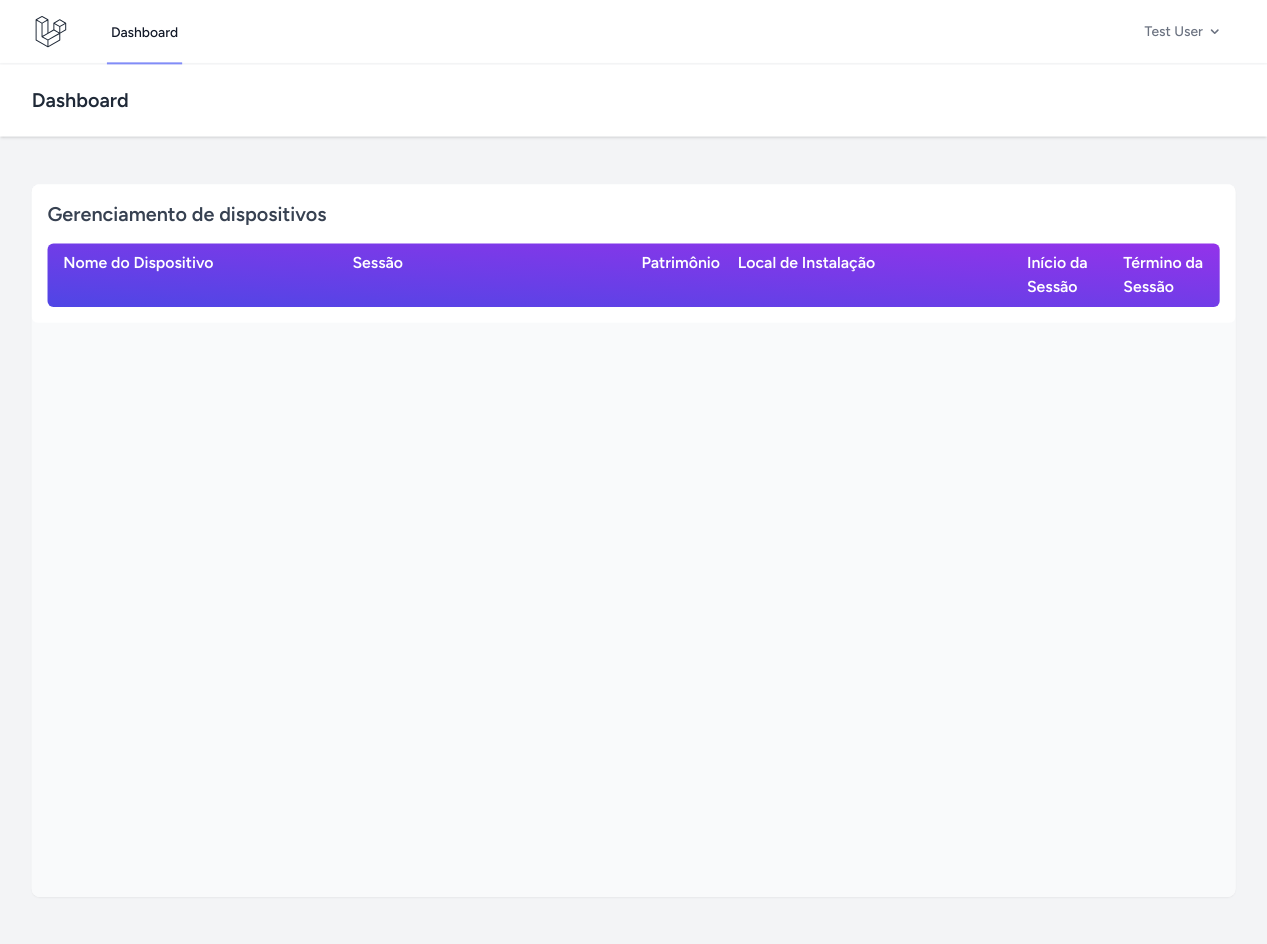
Repository: CrisMorgantee/device-logs
Page: http://localhost/dashboard
The author's editor kept a copy of each file at every save. The page is drawn from the files as they stood at one save, then again after the next save.
The browser window is 1280 px wide. The pictures show the whole page, at 99% of full size.
The page is served by the project's Laravel application, run on PHP 8.4 with Laravel 10. A made-up administrator, Test User (test@example.com), is signed in. Other server files are loaded and not shown. Style sheets and scripts are compiled from the project's sources, by tool versions that may differ from the author's. Queries for data that is not in the repository find no rows.

Above is the page before, as saved 2023-04-14 22:40:32.

### routes/web.php
<?php

use App\Http\Controllers\ProfileController;
use App\Http\Controllers\DeviceLogsController;
use Illuminate\Support\Facades\Route;

/*
|--------------------------------------------------------------------------
| Web Routes
|--------------------------------------------------------------------------
|
| Here is where you can register web routes for your application. These
| routes are loaded by the RouteServiceProvider and all of them will
| be assigned to the "web" middleware group. Make something great!
|
*/

Route::get('/', function () {
    return view('auth.login');
});

Route::get('/dashboard', [DeviceLogsController::class, 'index'])->middleware(['auth', 'verified'])->name('dashboard');

Route::middleware('auth')->group(function () {
    Route::get('/profile', [ProfileController::class, 'edit'])->name('profile.edit');
    Route::patch('/profile', [ProfileController::class, 'update'])->name('profile.update');
    Route::delete('/profile', [ProfileController::class, 'destroy'])->name('profile.destroy');
});

require __DIR__.'/auth.php';

### app/Http/Controllers/DeviceLogsController.php
<?php

namespace App\Http\Controllers;

use App\Models\DeviceLogs;
use Illuminate\Http\Request;

class DeviceLogsController extends Controller
{
    /**
     * Display a listing of the resource.
     */
    public function index()
    {
        $logs = DeviceLogs::all();

        return view('dashboard', ['logs' => $logs]);
    }

    /**
     * Show the form for creating a new resource.
     */
    public function create()
    {
        //
    }

    /**
     * Store a newly created resource in storage.
     */
    public function store(Request $request)
    {
        //
    }

    /**
     * Display the specified resource.
     */
    public function show(DeviceLogs $deviceLogs)
    {
        //
    }

    /**
     * Show the form for editing the specified resource.
     */
    public function edit(DeviceLogs $deviceLogs)
    {
        //
    }

    /**
     * Update the specified resource in storage.
     */
    public function update(Request $request, DeviceLogs $deviceLogs)
    {
        //
    }

    /**
     * Remove the specified resource from storage.
     */
    public function destroy(DeviceLogs $deviceLogs)
    {
        //
    }
}

### app/Models/DeviceLogs.php
<?php

namespace App\Models;

use Illuminate\Database\Eloquent\Factories\HasFactory;
use Illuminate\Database\Eloquent\Model;

class DeviceLogs extends Model
{
    use HasFactory;

    public $fillable = [
        'machine_name',
        'session',
        'patrimony',
        'location'
    ];


    protected $dates = [
      'start_session_at',
      'end_session_at'
  ];

}

### resources/views/dashboard.blade.php
<x-app-layout>
  <x-slot name="header">
    <h2 class="text-xl font-semibold leading-tight text-gray-800">
      {{ __('Dashboard') }}
    </h2>
  </x-slot>

  <div class="py-12">
    <div class="max-w-8xl mx-auto sm:px-6 lg:px-8">
      <div class="overflow-hidden bg-white shadow-sm sm:rounded-lg">
        <div class="min-h-screen bg-gray-50">
          <div class="rounded-md bg-white p-4">
            <h2 class="mb-4 text-xl font-bold text-gray-700">Gerenciamento de dispositivos</h2>

            <div
              class="text-md grid grid-cols-12 gap-4 rounded-md bg-gradient-to-tr from-indigo-600 to-purple-600 py-2 px-4 font-bold text-white">
              <div class="col-span-3">
                <span>Nome do Dispositivo</span>
              </div>
              <div class="col-span-3">
                <span>Sessão</span>
              </div>
              <div class="col-span-1">
                <span>Patrimônio</span>
              </div>
              <div class="col-span-3">
                <span>Local de Instalação</span>
              </div>
              <div class="col-span-1">
                <span>Início da Sessão</span>
              </div>
              <div class="col-span-1">
                <span>Término da Sessão</span>
              </div>
            </div>
            <div>
              @foreach ($logs as $deviceLog)
                <div class="mt-4 flex justify-between space-x-4 border-t text-sm font-normal">
                  <div class="flex px-2">
                    <span>{{ $deviceLog->machine_name }}</span>
                  </div>
                  <div>
                    <span>{{ $deviceLog->session }}</span>
                  </div>
                  <div class="px-2">
                    <span>{{ $deviceLog->patrimony }}</span>
                  </div>
                  <div class="px-2">
                    <span>{{ $deviceLog->location }}</span>
                  </div>
                  <div class="px-2">
                    <span>{{ $deviceLog->start_session_at }}</span>
                  </div>
                  <div class="px-2">
                    <span>{{ $deviceLog->end_session_at }}</span>
                  </div>
                </div>
              @endforeach
            </div>
          </div>
        </div>
      </div>
    </div>

</x-app-layout>

Loaded but not shown: app/Providers/AppServiceProvider.php (common file); routes/auth.php (common file); app/Http/Controllers/Auth/EmailVerificationPromptController.php (common file); app/Http/Controllers/Controller.php (common file); app/Http/Controllers/Auth/VerifyEmailController.php (common file); app/Models/User.php (common file); app/View/Components/AppLayout.php (common file); resources/views/layouts/app.blade.php (common file); resources/views/layouts/navigation.blade.php (common file); resources/views/components/application-logo.blade.php (common file); resources/views/components/nav-link.blade.php (common file); resources/views/components/dropdown-link.blade.php (common file); resources/views/components/dropdown.blade.php (common file); resources/views/components/responsive-nav-link.blade.php (common file); resources/css/app.css (common file); tailwind.config.js (common file); resources/js/app.js (common file); resources/js/bootstrap.js (common file)

After the next save:
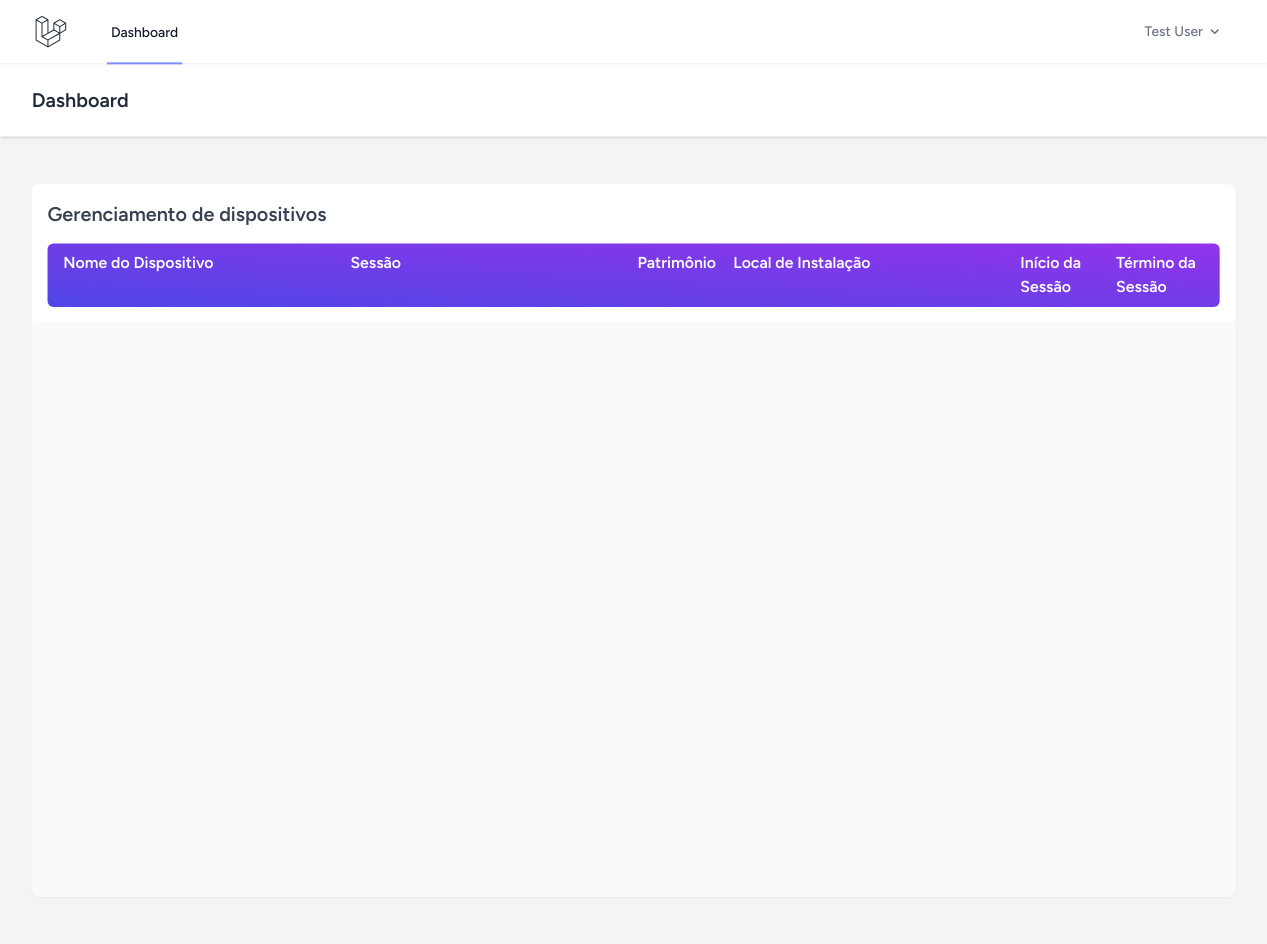
Saved 28 s later.
--- a/resources/views/dashboard.blade.php
+++ b/resources/views/dashboard.blade.php
@@ -13,7 +13,7 @@
             <h2 class="mb-4 text-xl font-bold text-gray-700">Gerenciamento de dispositivos</h2>
 
             <div
-              class="text-md grid grid-cols-12 gap-4 rounded-md bg-gradient-to-tr from-indigo-600 to-purple-600 py-2 px-4 font-bold text-white">
+              class="text-md grid grid-cols-12 gap-2 rounded-md bg-gradient-to-tr from-indigo-600 to-purple-600 py-2 px-4 font-bold text-white">
               <div class="col-span-3">
                 <span>Nome do Dispositivo</span>
               </div>
